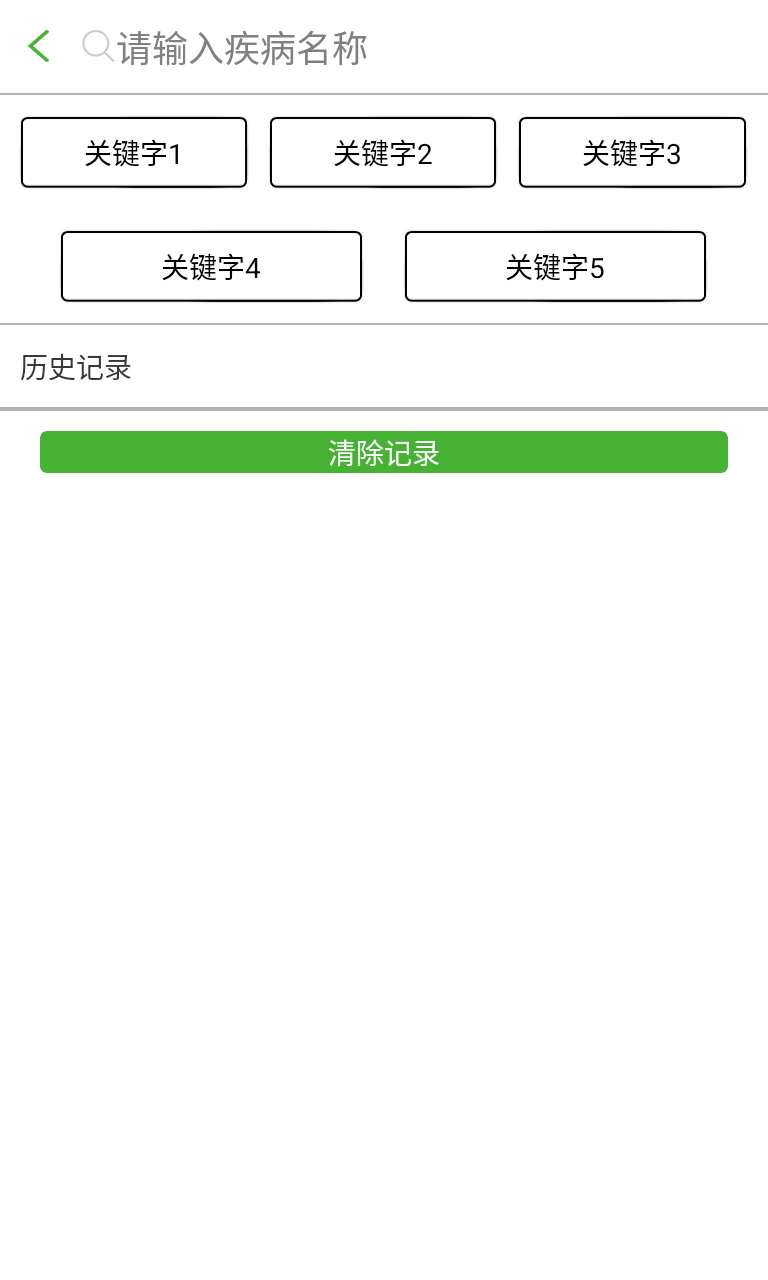
Repository: hjhlove110/XYApp
Layout: XYApp/res/layout/serache_view.xml
An editor plug-in stored every save of this project. The layout is shown before and after a run of saves, followed by the edit.
It is drawn on a 768 x 1280 px phone screen (xhdpi) without system bars, with theme Translucent; the app's code is not run. Lists and similar views that code fills are empty.

Above is the layout before, as saved 2015-09-23 06:02:11.

### XYApp/res/layout/serache_view.xml
<LinearLayout xmlns:android="http://schemas.android.com/apk/res/android"
    android:layout_width="fill_parent"
    android:layout_height="fill_parent"
    android:background="#ffffff"
    android:orientation="vertical" >

    <LinearLayout
        android:layout_width="match_parent"
        android:layout_height="wrap_content"
        android:layout_margin="10dp"
        android:gravity="left|center_vertical"
        android:orientation="horizontal" >

        <ImageButton
            android:id="@+id/btnBack"
            android:layout_width="wrap_content"
            android:layout_height="wrap_content"
            android:background="@drawable/btn_back_selector" />

        <EditText
            android:id="@+id/s_msg"
            android:layout_width="0dp"
            android:layout_height="wrap_content"
            android:layout_weight="1"
            android:background="#ffffff"
            android:drawableLeft="@drawable/serach1"
            android:gravity="center_vertical|left"
            android:hint="请输入疾病名称"
            android:paddingLeft="10dp"
            android:paddingRight="10dp"
            android:textColor="#49b233" />
    </LinearLayout>

    <View
        android:layout_width="match_parent"
        android:layout_height="1dp"
        android:background="#b2b2b2" />

    <LinearLayout
        android:layout_width="match_parent"
        android:layout_height="wrap_content"
        android:layout_margin="10dp"
        android:orientation="horizontal" >

        <Button
            android:id="@+id/btnMsg1"
            android:layout_width="0dp"
            android:layout_height="wrap_content"
            android:layout_weight="1"
            android:background="@drawable/edittext_back"
            android:paddingBottom="8dp"
            android:paddingTop="8dp"
            android:text="关键字1" />

        <Button
            android:id="@+id/btnMsg2"
            android:layout_width="0dp"
            android:layout_height="wrap_content"
            android:layout_marginLeft="10dp"
            android:layout_marginRight="10dp"
            android:layout_weight="1"
            android:background="@drawable/edittext_back"
            android:paddingBottom="8dp"
            android:paddingTop="8dp"
            android:text="关键字2" />

        <Button
            android:id="@+id/btnMsg3"
            android:layout_width="0dp"
            android:layout_height="wrap_content"
            android:layout_weight="1"
            android:background="@drawable/edittext_back"
            android:paddingBottom="8dp"
            android:paddingTop="8dp"
            android:text="关键字3" />
    </LinearLayout>

    <LinearLayout
        android:layout_width="match_parent"
        android:layout_height="wrap_content"
        android:layout_margin="10dp"
        android:orientation="horizontal" >

        <Button
            android:id="@+id/btnMsg4"
            android:layout_width="0dp"
            android:layout_height="wrap_content"
            android:layout_marginLeft="20dp"
            android:layout_weight="1"
            android:background="@drawable/edittext_back"
            android:paddingBottom="8dp"
            android:paddingTop="8dp"
            android:text="关键字4" />

        <Button
            android:id="@+id/btnMsg5"
            android:layout_width="0dp"
            android:layout_height="wrap_content"
            android:layout_marginLeft="20dp"
            android:layout_marginRight="20dp"
            android:layout_weight="1"
            android:background="@drawable/edittext_back"
            android:paddingBottom="8dp"
            android:paddingTop="8dp"
            android:text="关键字5" />
    </LinearLayout>

    <View
        android:layout_width="match_parent"
        android:layout_height="1dp"
        android:background="#b2b2b2" />

    <TextView
        android:layout_width="match_parent"
        android:layout_height="wrap_content"
        android:gravity="center_vertical"
        android:padding="10dp"
        android:text="历史记录"
        android:textColor="#373737" />

    <View
        android:layout_width="match_parent"
        android:layout_height="1dp"
        android:background="#b2b2b2" />

    <ListView
        android:id="@+id/listView"
        android:layout_width="match_parent"
        android:layout_height="wrap_content" >
    </ListView>

    <View
        android:layout_width="match_parent"
        android:layout_height="1dp"
        android:background="#b2b2b2" />

    <Button
        android:id="@+id/btnClearn"
        android:layout_width="match_parent"
        android:layout_height="wrap_content"
        android:layout_marginBottom="10dp"
        android:layout_marginLeft="20dp"
        android:layout_marginRight="20dp"
        android:layout_marginTop="10dp"
        android:background="@drawable/btn_bg_shape"
        android:text="清除记录"
        android:textColor="#ffffff" />

</LinearLayout>

### XYApp/res/values/styles.xml
<resources>

    <!--
        Base application theme, dependent on API level. This theme is replaced
        by AppBaseTheme from res/values-vXX/styles.xml on newer devices.



    -->
    <style name="AppBaseTheme" parent="Theme.AppCompat.Light">
        <!--
            Theme customizations available in newer API levels can go in
            res/values-vXX/styles.xml, while customizations related to
            backward-compatibility can go here.



        -->
    </style>

    <!-- Application theme. -->
    <style name="AppTheme" parent="AppBaseTheme">

        <!-- All customizations that are NOT specific to a particular API-level can go here. -->
        <item name="android:windowNoTitle">true</item>
    </style>

    <style name="CheckBoxMain">
        <item name="android:button">@null</item>
        <item name="android:paddingTop">12dip</item>
        <item name="android:gravity">center</item>
        <item name="android:background">@drawable/bg_mune</item>
        <item name="android:textSize">14sp</item>
        <item name="android:textColor">#656565</item>
        <item name="android:layout_width">0dip</item>
        <item name="android:layout_height">wrap_content</item>
        <item name="android:layout_weight">1</item>
    </style>

    <style name="Translucent" parent="@android:style/Theme.Translucent">
        <item name="android:windowNoTitle">true</item>
        <item name="android:windowIsFloating">true</item>
        <item name="android:windowIsTranslucent">true</item>
        <item name="android:windowContentOverlay">@null</item>
        <item name="android:windowAnimationStyle">@android:style/Animation.Dialog</item>
        <item name="android:backgroundDimEnabled">true</item>
    </style>

</resources>

### XYApp/res/drawable/btn_back_selector.xml
<?xml version="1.0" encoding="UTF-8"?>
<selector xmlns:android="http://schemas.android.com/apk/res/android">

    <item android:drawable="@drawable/l_back_p" android:state_checked="true"/>
    <item android:drawable="@drawable/l_back_p" android:state_pressed="true"/>
    <item android:drawable="@drawable/l_back"/>

</selector>

### XYApp/res/drawable/btn_bg_shape.xml
<?xml version="1.0" encoding="utf-8"?>
<shape xmlns:android="http://schemas.android.com/apk/res/android"
    android:shape="rectangle" >

    <corners android:radius="3dp" />

    <solid android:color="#45b233" />

    <stroke
        android:width="1dp"
        android:color="#45b233" />

</shape>

After the next 2 saves:
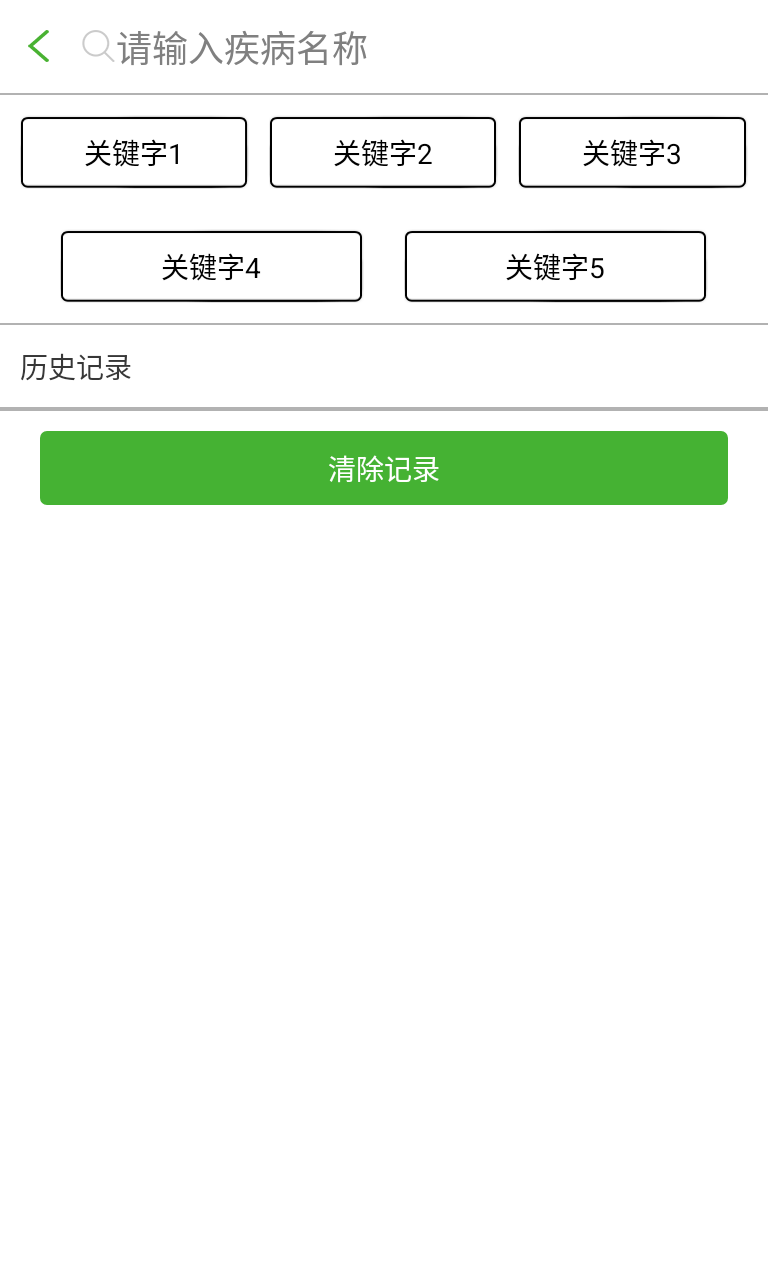
The 2 saves are shown as one change because they came seconds apart.
The last was saved 13 s later.
--- a/XYApp/res/layout/serache_view.xml
+++ b/XYApp/res/layout/serache_view.xml
@@ -141,6 +141,7 @@
         android:layout_marginBottom="10dp"
         android:layout_marginLeft="20dp"
         android:layout_marginRight="20dp"
+        android:padding="8dp"
         android:layout_marginTop="10dp"
         android:background="@drawable/btn_bg_shape"
         android:text="清除记录"
